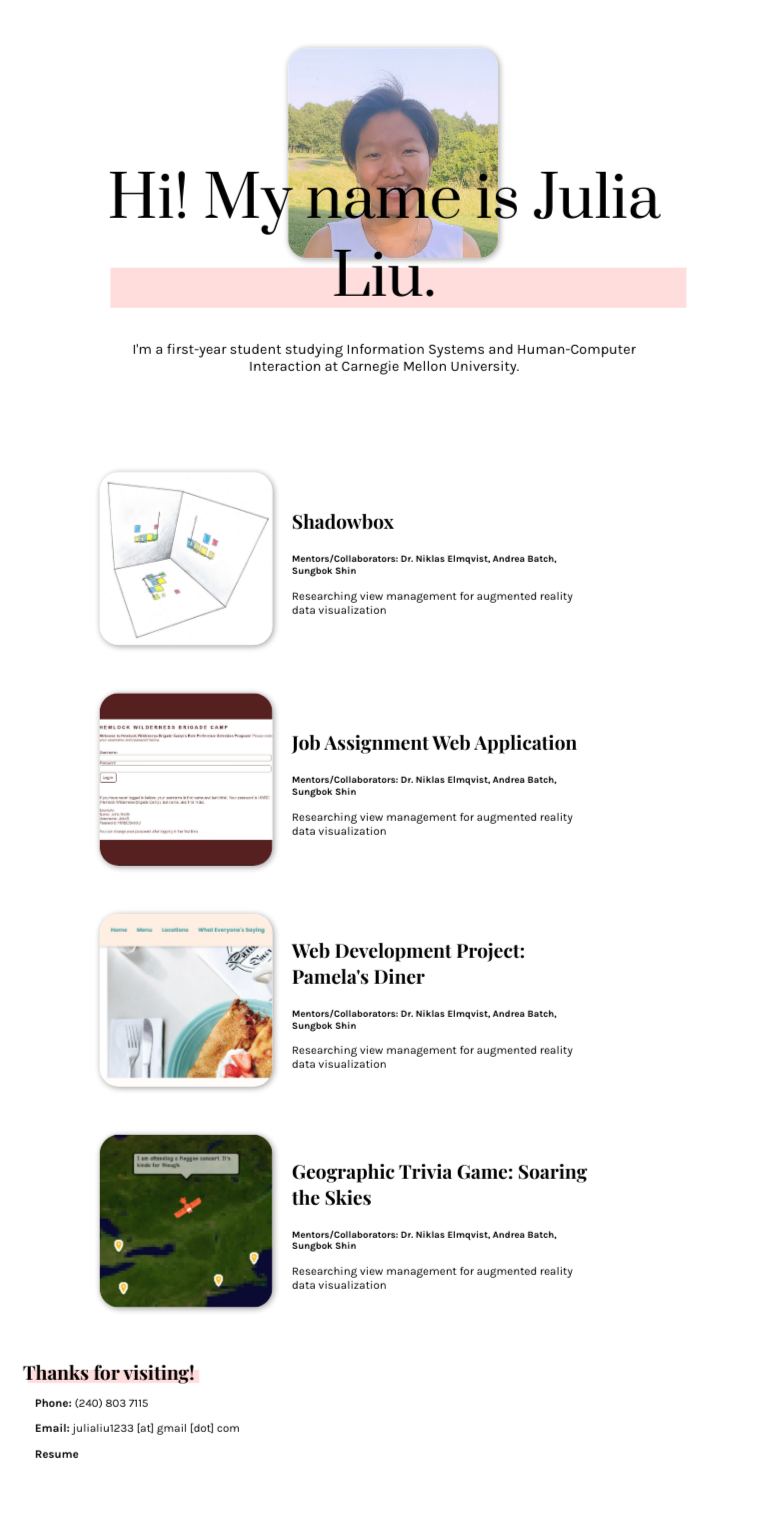
Repository: liu-julia/liu-julia.github.io
Page: index.html
The author's editor kept a copy of each file at every save. The page is drawn from the files as they stood at one save, then again after the next save.
The browser window is 1280 px wide. The pictures show the whole page, at 60% of full size.

Above is the page before, as saved 2022-04-28 12:20:52.

After the next save:
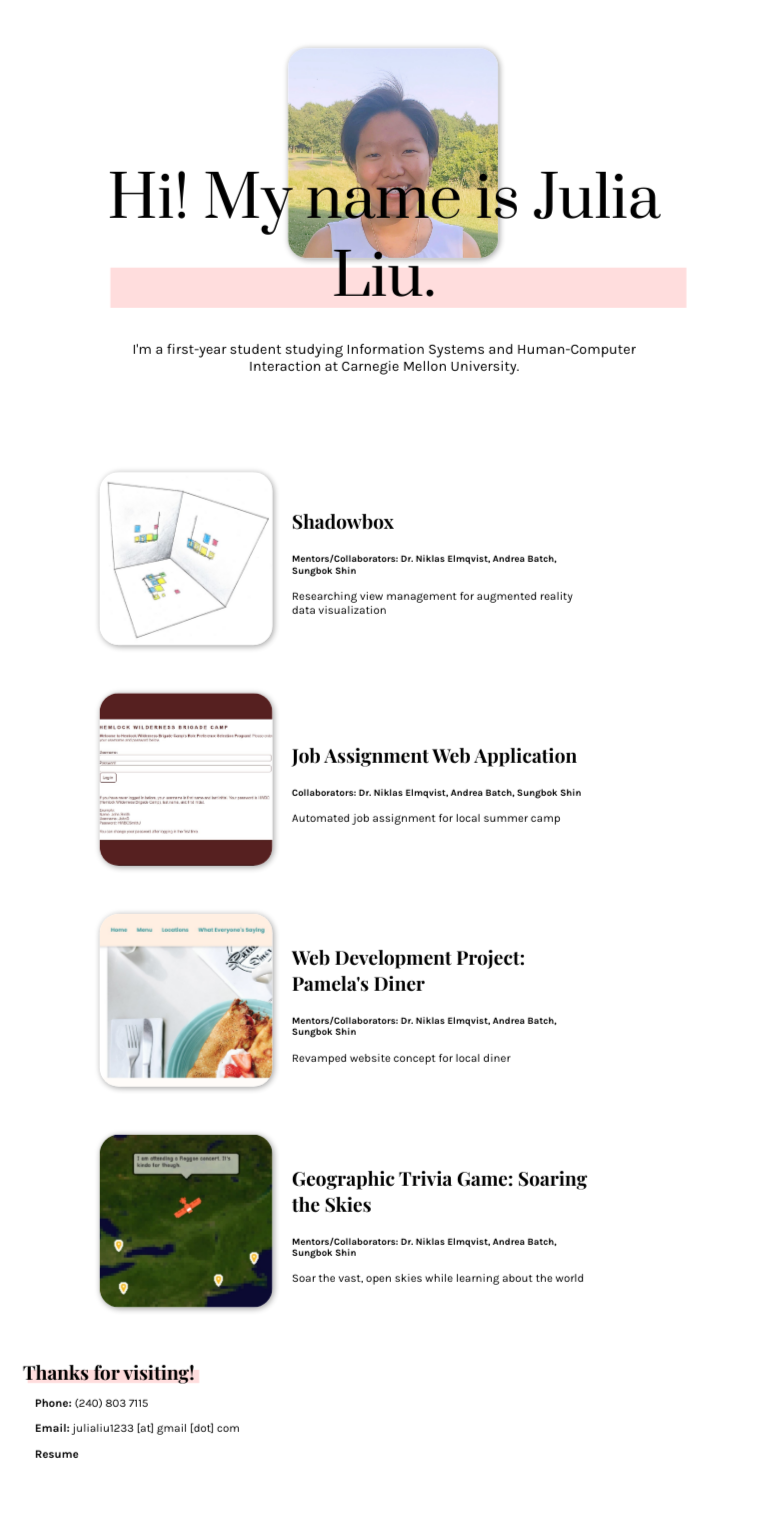
Saved 2 min 6 s later.
--- a/index.html
+++ b/index.html
@@ -40,8 +40,8 @@
             <img src="images/camp.jpg" alt="Hemlock Wilderness Brigade Camp website">
             <div class="project-text">
                 <h3><a href="https://liu-julia.notion.site/Job-Assignment-Web-App-bd26f317785b4564853cad5746690a5f">Job Assignment Web Application</a></h3>
-                <h4>Mentors/Collaborators: Dr. Niklas Elmqvist, Andrea Batch, Sungbok Shin</h4>
-                <p>Researching view management for augmented reality data visualization</p>
+                <h4>Collaborators: Dr. Niklas Elmqvist, Andrea Batch, Sungbok Shin</h4>
+                <p>Automated job assignment for local summer camp</p>
             </div>
         </div>
         <div class="project">
@@ -49,7 +49,7 @@
             <div class="project-text">
                 <h3><a href="https://liu-julia.notion.site/Web-Development-Project-Pamela-s-Diner-67d99581677243809cbfb3ee69a6fb9d">Web Development Project: Pamela's Diner</a></h3>
                 <h4>Mentors/Collaborators: Dr. Niklas Elmqvist, Andrea Batch, Sungbok Shin</h4>
-                <p>Researching view management for augmented reality data visualization</p>
+                <p>Revamped website concept for local diner</p>
             </div>
         </div>
         <div class="project">
@@ -57,7 +57,7 @@
             <div class="project-text">
                 <h3><a href="https://liu-julia.notion.site/Soaring-The-Skies-b5bde27c43894671ae5b049db4c2624f">Geographic Trivia Game: Soaring the Skies</a></h3>
                 <h4>Mentors/Collaborators: Dr. Niklas Elmqvist, Andrea Batch, Sungbok Shin</h4>
-                <p>Researching view management for augmented reality data visualization</p>
+                <p>Soar the vast, open skies while learning about the world</p>
             </div>
         </div>
         <br>
